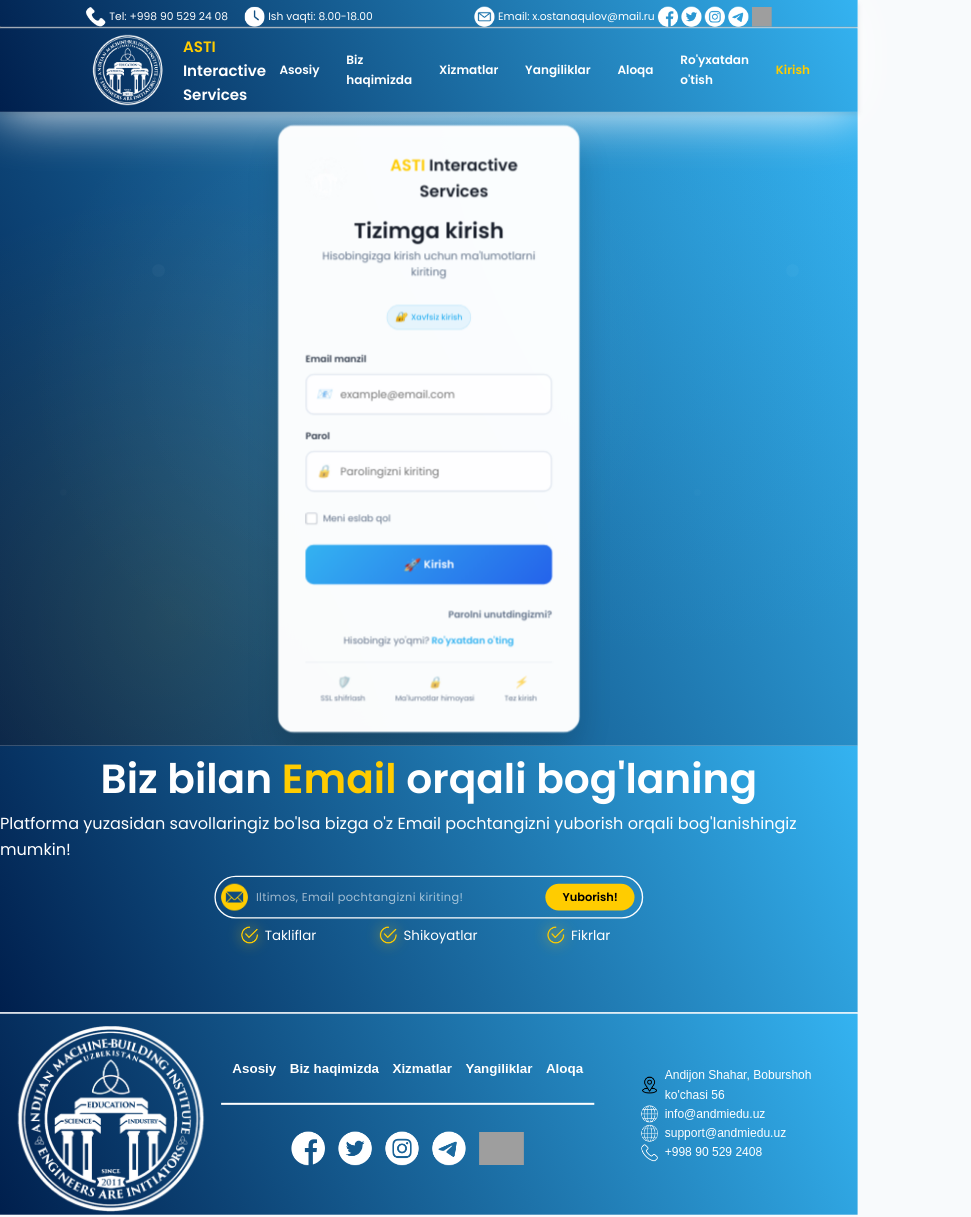
Repository: diyorbe-beep/University-Web-Site-in-React
Page: /login
These files come from the project's save history. The page is drawn as it stood at one moment and after the next save; the edit follows.
The browser window is 1280 px wide. The page is 1280 px wide, then 1449 px, so the pictures cover 1449 px, including what lies to the right of the window. The pictures show the whole page, at 67% of full size.
Pictures or frames that could not be fetched are drawn as grey boxes. The page's requests for data from a server got no answer. The project was rebuilt for these pictures with package versions that can differ from the ones it lists, and the page was loaded fresh each time. No one was signed in, and anything a server would have sent is missing. Also part of the build but not shown: vite.config.js, src/Components/Hero/Hero.jsx, src/Pages/Home/Home.jsx, src/Components/Notifications/Notifications.css, src/Components/Notifications/Notifications.jsx, src/Components/Hero/HeroAbout.jsx, src/Pages/About/About.jsx, src/Components/Hero/HeroContact.jsx and 21 more.

Above is the page before, as saved 2025-09-25 18:38:37.

After the next save:
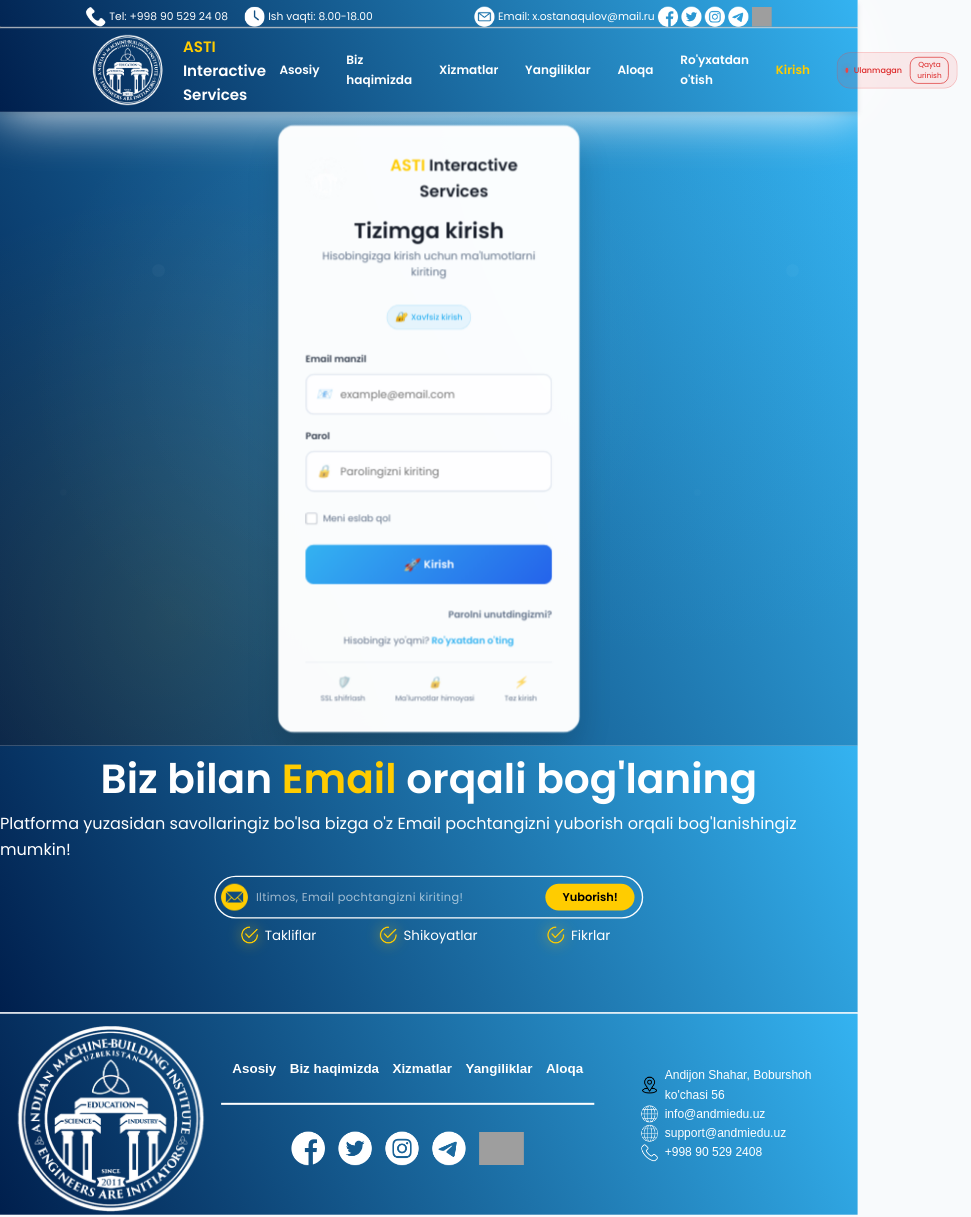
Saved 30 s later.
--- a/src/Components/Header/Header.jsx
+++ b/src/Components/Header/Header.jsx
@@ -69,6 +69,9 @@
                             <li className={location.pathname == item.url ? 'active_link' : ""} key={index}><NavLink  to={item.url}>{item.name}</NavLink></li>
                         ))
                     }
+                    <li>
+                      <ConnectionStatus />
+                    </li>
                     {token && !isAdmin && (
                       <li>
                         <Notifications userEmail={userEmail} />
